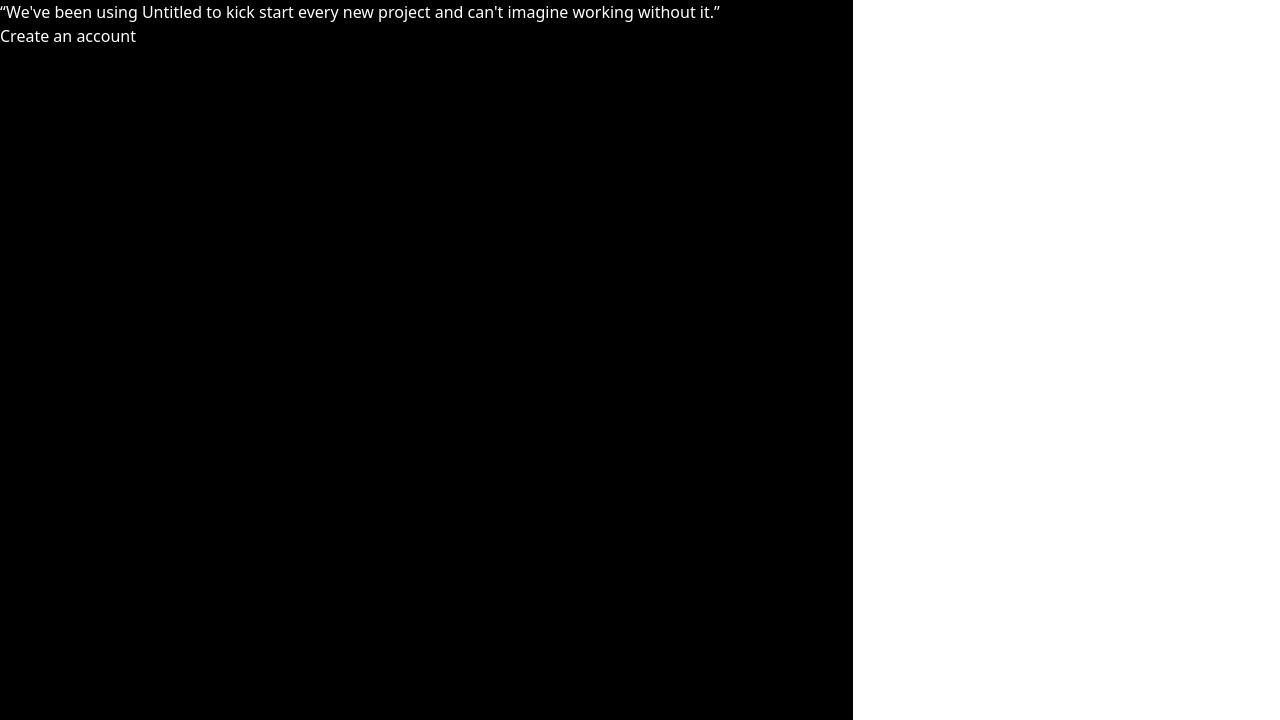
Repository: debthebuilder/youtube-html-contact-form-tailwindcss
Page: contact.html
The author's editor kept a copy of each file at every save. The page is drawn from the files as they stood at one save, then again after the next save.
The browser window is 1280 px wide. The pictures show the whole page.
Some web libraries are served in a nearby version.

Above is the page before, as saved 2022-08-03 05:26:34.

### contact.html
<!DOCTYPE html>
<html lang="en">
<head>
    <meta charset="UTF-8">
    <meta http-equiv="X-UA-Compatible" content="IE=edge">
    <meta name="viewport" content="width=device-width, initial-scale=1.0">
    <script src="https://cdn.tailwindcss.com"></script>
    <title>HTML Contact Form</title>
</head>
<body>
    <div class="w-full h-screen flex">
        <!--Background Image with Overlay text-->
        <div class="w-4/6 bg-black text-white">
            <q>We've been using Untitled to kick start every new project and can't imagine working without it.</q>
            <div class="flex">
                <div>
                    <h3
                </div>
                <div></div>
            </div>
        </div>
        <!--Form-->
        <div class="w-2/6">
            <h2>Create an account</h2>
        </div>
    </div>
</body>
</html>

After the next save:
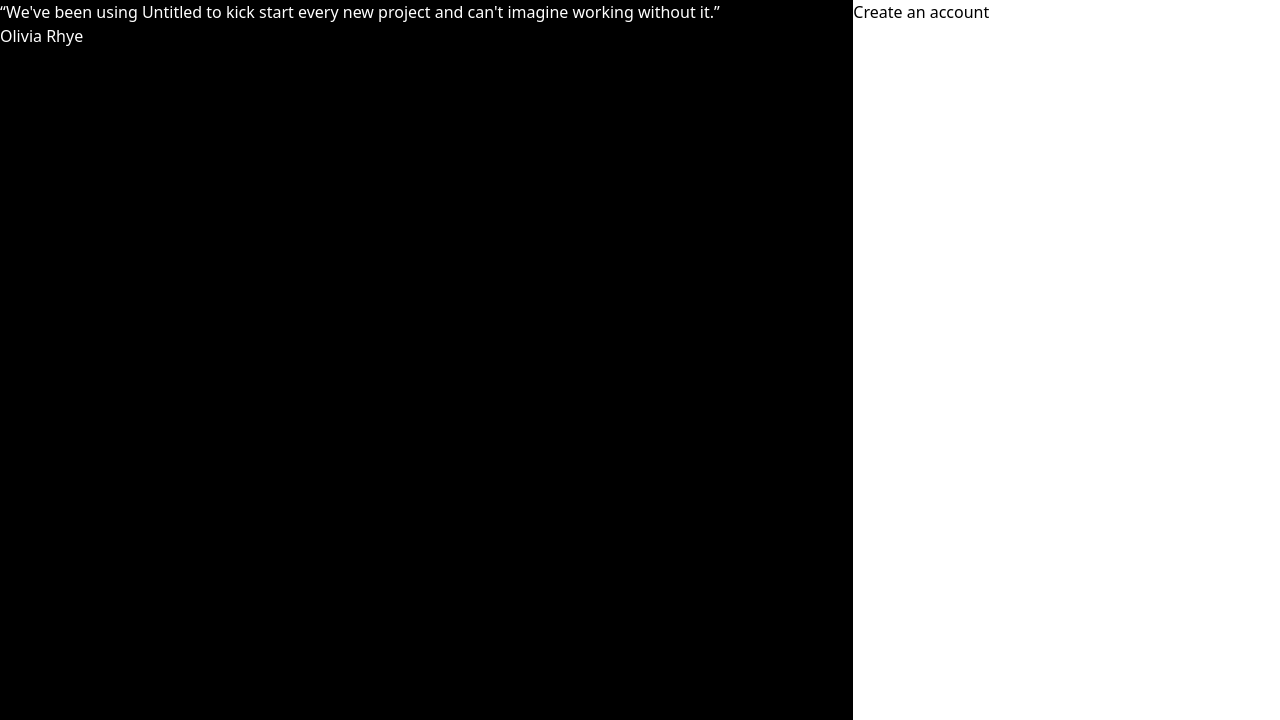
Saved 7 s later.
--- a/contact.html
+++ b/contact.html
@@ -14,7 +14,7 @@
             <q>We've been using Untitled to kick start every new project and can't imagine working without it.</q>
             <div class="flex">
                 <div>
-                    <h3
+                    <h3>Olivia Rhye</h3>
                 </div>
                 <div></div>
             </div>
